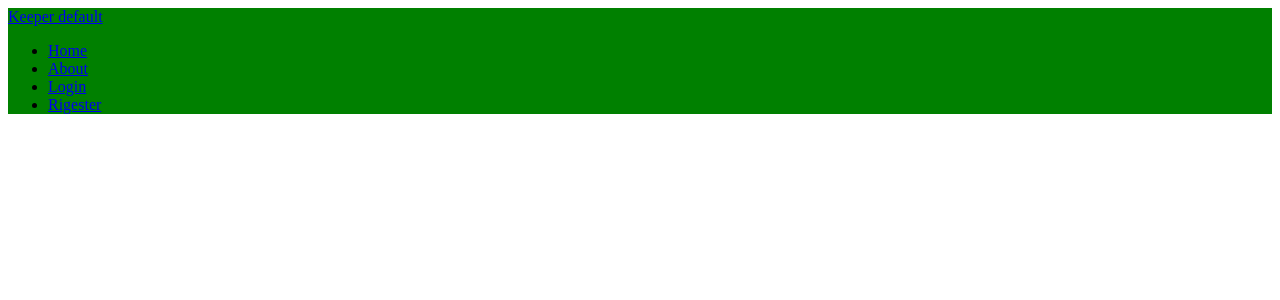
Repository: 3bdulrahman/contact-keeper
Page: / (app in client/)
These files come from the project's save history. The page is drawn as it stood at one moment and after the next save; the edit follows.
The browser window is 1280 px wide. The pictures show the whole page.
The project was rebuilt for these pictures with package versions that can differ from the ones it lists, and the page was loaded fresh each time.

Above is the page before, as saved 2020-03-29 20:37:05.

### client/src/App.js
import React from 'react';
import Navbar from './components/layout/Navbar'
import './App.css'
const  App = ()=> {

  return (
    <div className="App">
         <Navbar   />
    </div>
  );
}

export default App;

### client/src/components/layout/Navbar.js
import React from 'react'
import PropTypes from 'prop-types'

 const Navbar = ({title}) => {
    return (
        <nav class="navbar navbar-default">
        <div class="container-fluid">
          <div class="navbar-header">
            <a class="navbar-brand" href="#">{title}</a>
          </div>
          <ul class="nav navbar-nav">
            <li class="active"><a href="#">Home</a></li>
            <li><a href="#">About</a></li>
            <li><a href="#">Login</a></li>
            <li><a href="#">Rigester</a></li>
          </ul>
        </div>
      </nav>
    )
}

Navbar.propTypes= {
     title:PropTypes.string.isRequired
}
Navbar.defaultProps = {
     title:'Keeper default '
}

export default Navbar

### client/src/App.css
.navbar-default{
     background-color:green
}
.navbar-default .navbar-nav>.active>a, .navbar-default .navbar-nav>.active>a:focus, .navbar-default .navbar-nav>.active>a:hover {
     background-color:green
}

Loaded but not shown: client/src/index.js (common file)

After the next save:
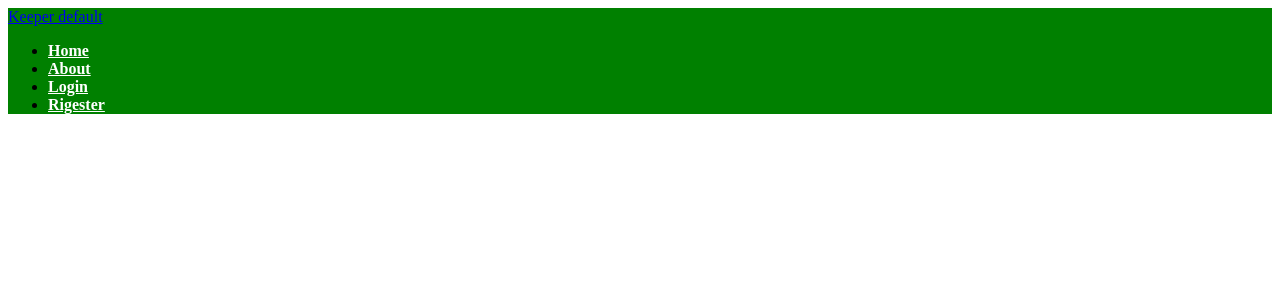
Saved 69 s later.
--- a/client/src/App.css
+++ b/client/src/App.css
@@ -4,3 +4,8 @@
 .navbar-default .navbar-nav>.active>a, .navbar-default .navbar-nav>.active>a:focus, .navbar-default .navbar-nav>.active>a:hover {
      background-color:green
 }
+
+.navbar-default .navbar-nav>li>a{
+    color:#fff;
+     font-weight: bold;
+}
